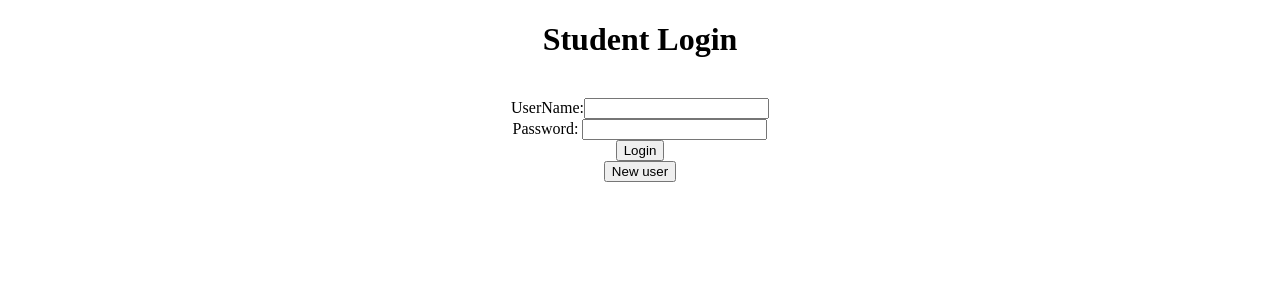
Repository: Mohan15/studentsession
Page: Student/war/login.html
These files come from the project's save history. The page is drawn as it stood at one moment and after the next save; the edit follows.
The browser window is 1280 px wide. The pictures show the whole page.

Above is the page before, as saved 2017-05-24 09:05:52.

After the next save:
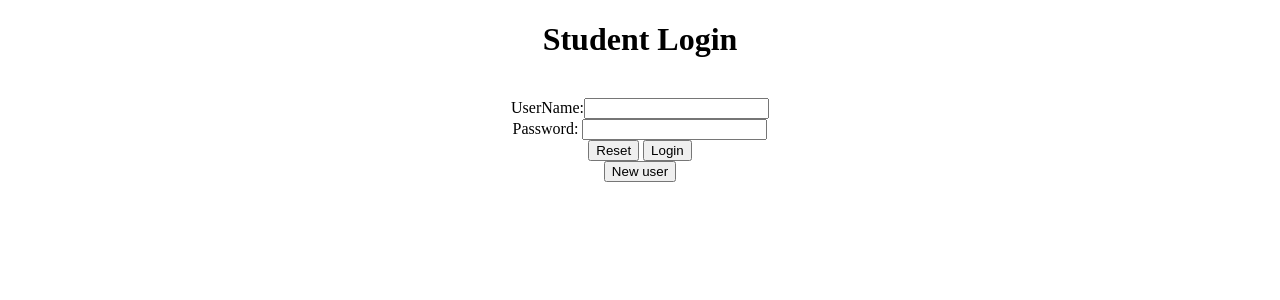
Saved 2 min 33 s later.
--- a/Student/war/login.html
+++ b/Student/war/login.html
@@ -1,10 +1,11 @@
 <!DOCTYPE html>
 <html>
 <body>
-<center><form action="">
+<center><form action="logins">
   			<h1>Student Login</h1><br>
     UserName:<input type="text" name="uname"><br>
    Password: <input type="password" name="pass"><br>
+   <input type="reset">
    <input type="submit" value="Login"/>
   </form> </center>
   <center><form action="register.html">
